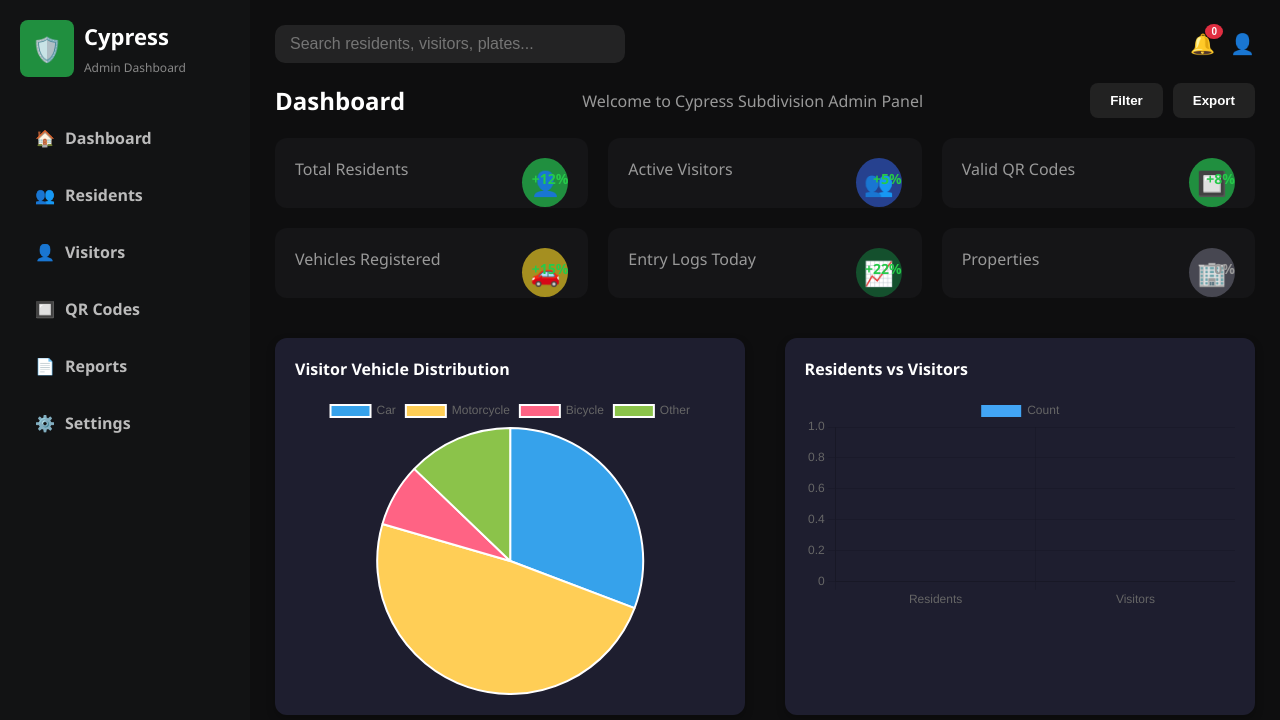
Repository: camuramon/my-project
Page: templates/admin/dashboard.html
The author's editor kept a copy of each file at every save. The page is drawn from the files as they stood at one save, then again after the next save.
The browser window is 1280 px wide. The pictures show the whole page.
An inner scrolling area shows only its first screen. The template is drawn by Flask 3. The application's start-up code is not run. The template is opened directly, without the code that normally fills it, so the values that code supplies are empty.

Above is the page before, as saved 2025-09-08 23:04:17.
Console error: SyntaxError: Identifier 'vehicleChart' has already been declared

After the next save:
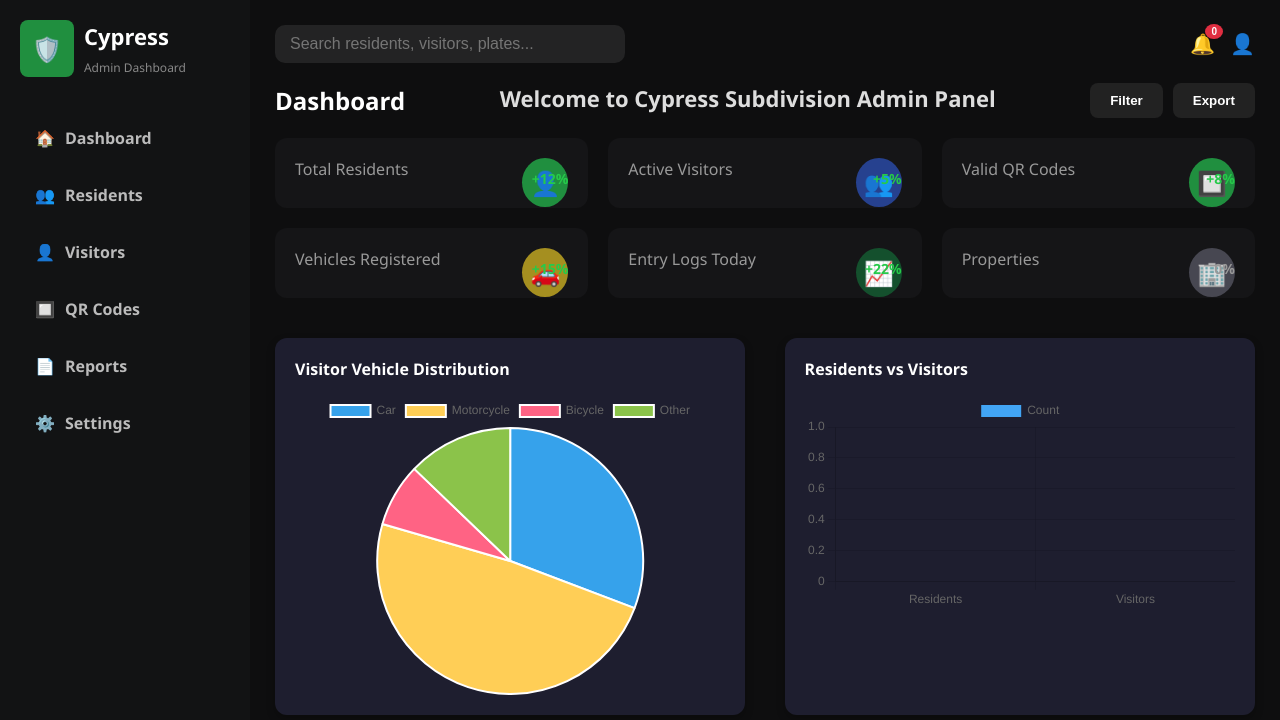
Saved 4 min 20 s later.
--- a/templates/admin/dashboard.html
+++ b/templates/admin/dashboard.html
@@ -53,7 +53,7 @@
 
     <section class="dashboard-header">
       <h1>Dashboard</h1>
-      <p>Welcome to Cypress Subdivision Admin Panel</p>
+      <h2>Welcome to Cypress Subdivision Admin Panel</h2>
       <div class="actions">
         <button class="filter-btn">Filter</button>
         <button class="export-btn">Export</button>
